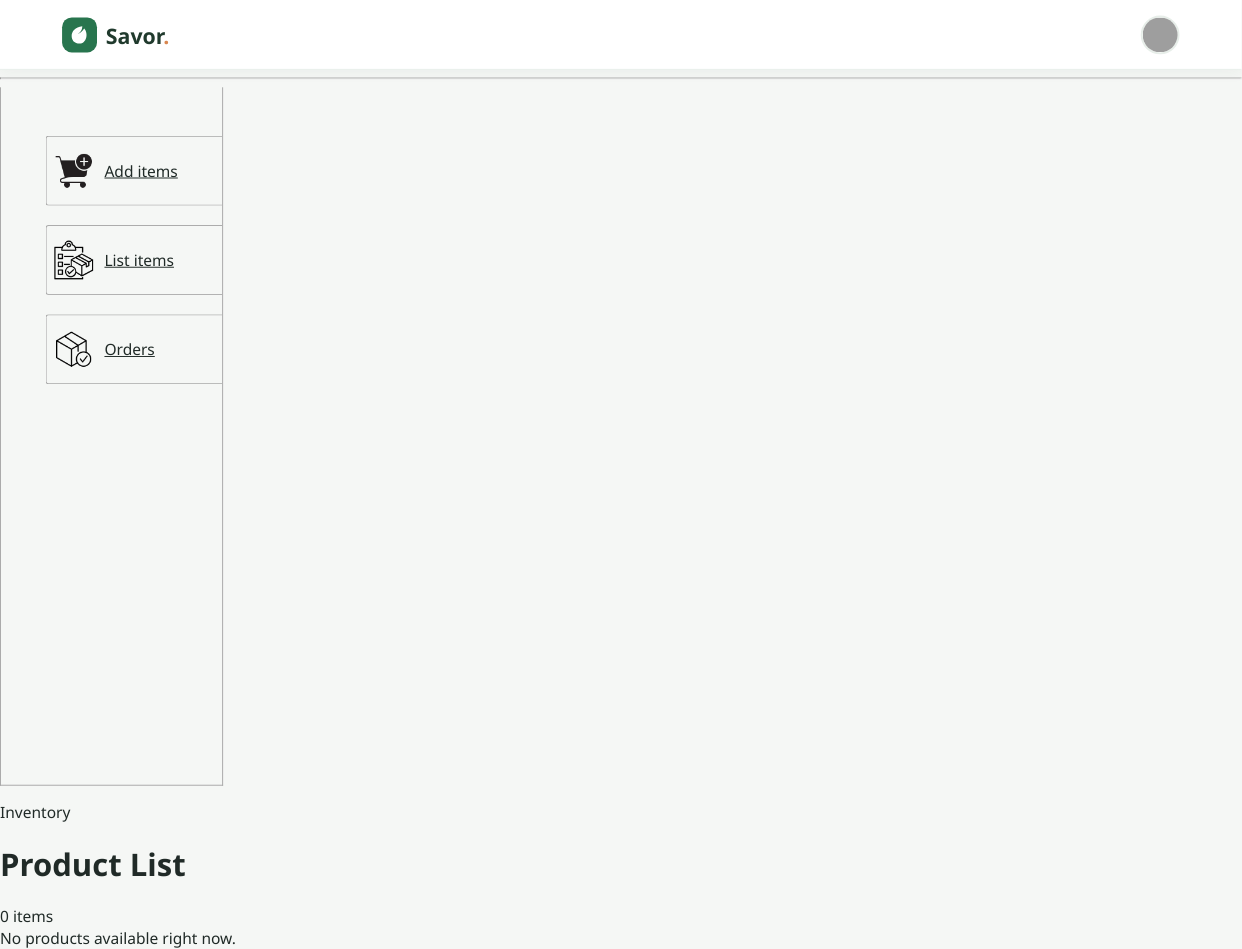
Repository: prince44991/Ecommerce-Project-Full-Stack
Page: /Listitem (app in admin/my-react-app/)
These files come from the project's save history. The page is drawn as it stood at one moment and after the next save; the edit follows.
The browser window is 1280 px wide. The pictures show the whole page, at 97% of full size.
Pictures or frames that could not be fetched are drawn as grey boxes. The page's requests for data from a server got no answer. The project was rebuilt for these pictures with package versions that can differ from the ones it lists, and the page was loaded fresh each time. No one was signed in, and anything a server would have sent is missing. Also part of the build but not shown: admin/my-react-app/vite.config.js, admin/my-react-app/src/pages/Add/Add.css, admin/my-react-app/src/pages/Add/Add.jsx, admin/my-react-app/src/pages/Order/Order.jsx, admin/my-react-app/src/pages/List/List.css.

Above is the page before, as saved 2026-09-30 10:55:21.

After the next save:
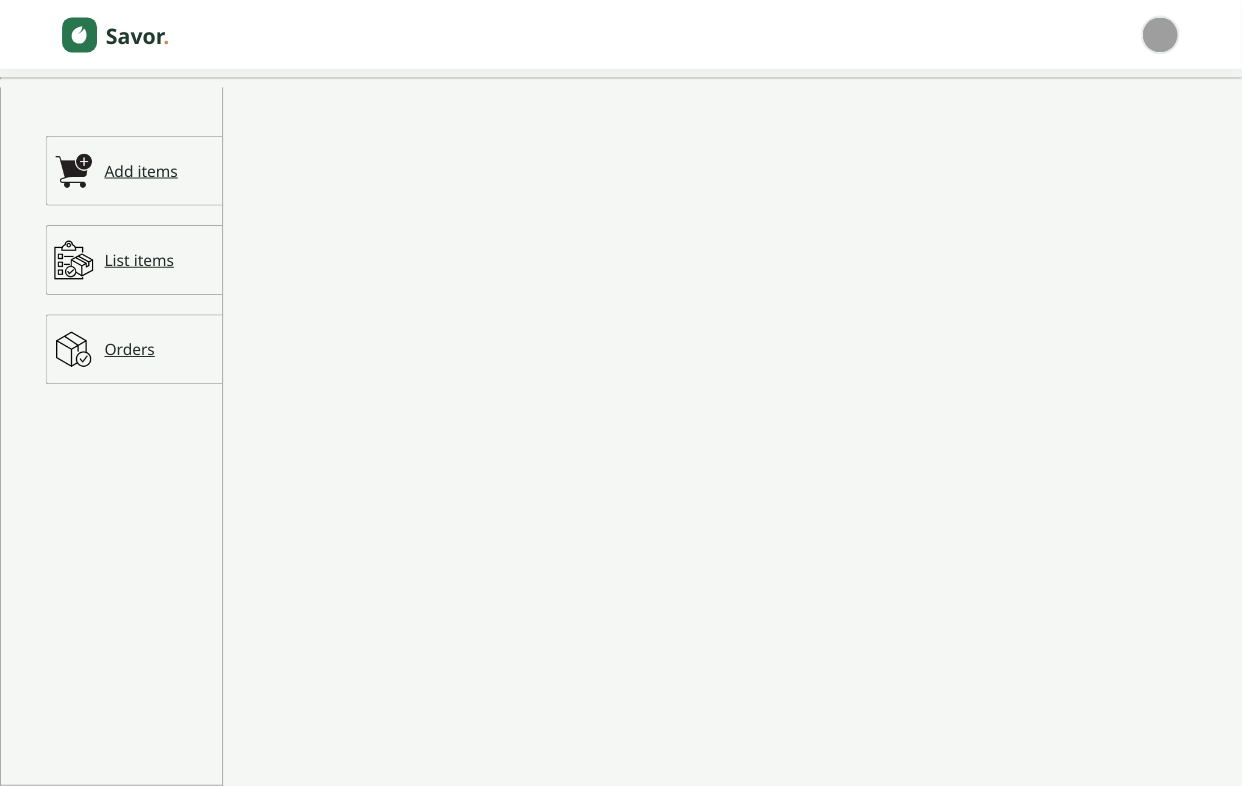
Saved 5 min 27 s later.
--- a/admin/my-react-app/src/pages/List/List.jsx
+++ b/admin/my-react-app/src/pages/List/List.jsx
@@ -4,18 +4,16 @@ import './List.css';
 
 const List = () => {
   const [display, setDisplay] = useState([]);
-  const [loading, setLoading] = useState(true);
+
 
   const datafetch = async () => {
     try {
       const url = 'http://localhost:8001';
       const response = await axios.get(`${url}/view/product`);
-      setDisplay(Array.isArray(response?.data?.data) ? response.data.data : []);
+      setDisplay(response.data.data);
     } catch (error) {
       console.error('Error fetching products:', error);
       setDisplay([]);
-    } finally {
-      setLoading(false);
     }
   };
 
@@ -24,43 +22,18 @@ const List = () => {
   }, []);
 
   return (
-    <div className="list-page">
-      <div className="list-header">
-        <div>
-          <p className="list-kicker">Inventory</p>
-          <h1>Product List</h1>
-        </div>
-        <span className="list-count">{display.length} items</span>
-      </div>
-
-      {loading ? (
-        <div className="list-empty">Loading products...</div>
-      ) : display.length === 0 ? (
-        <div className="list-empty">No products available right now.</div>
-      ) : (
-        <div className="list-grid">
-          {display.map((r, index) => (
-            <article className="list-card" key={r._id || index}>
-              <div className="list-image-wrap">
-                <img
-                  src={r.image ? `http://localhost:8001/uploads/${r.image}` : 'https://via.placeholder.com/300x220?text=No+Image'}
-                  alt={r.productname || 'Product image'}
-                />
-              </div>
-
-              <div className="list-body">
-                <div className="list-topline">
-                  <span className="list-badge">{r.catagory || 'General'}</span>
-                  <span className="list-price">₹{Number(r.price || 0).toLocaleString('en-IN')}</span>
-                </div>
-
-                <h3>{r.productname || 'Unnamed Product'}</h3>
-                <p>{r.description || 'No description available.'}</p>
-              </div>
-            </article>
-          ))}
-        </div>
-      )}
+    <div>
+      {display.map((r,index) => {
+        return(
+          <div key={index}>
+            <img src={`http://localhost:8001/uploads/${r.image}`} />
+             <h4>{r.productname}</h4>
+             <h4>{r.description}</h4>
+             <h4>{r.catagory}</h4>
+             <h4>{r.price}</h4>
+            </div>
+        )
+      })}
     </div>
   );
 };
